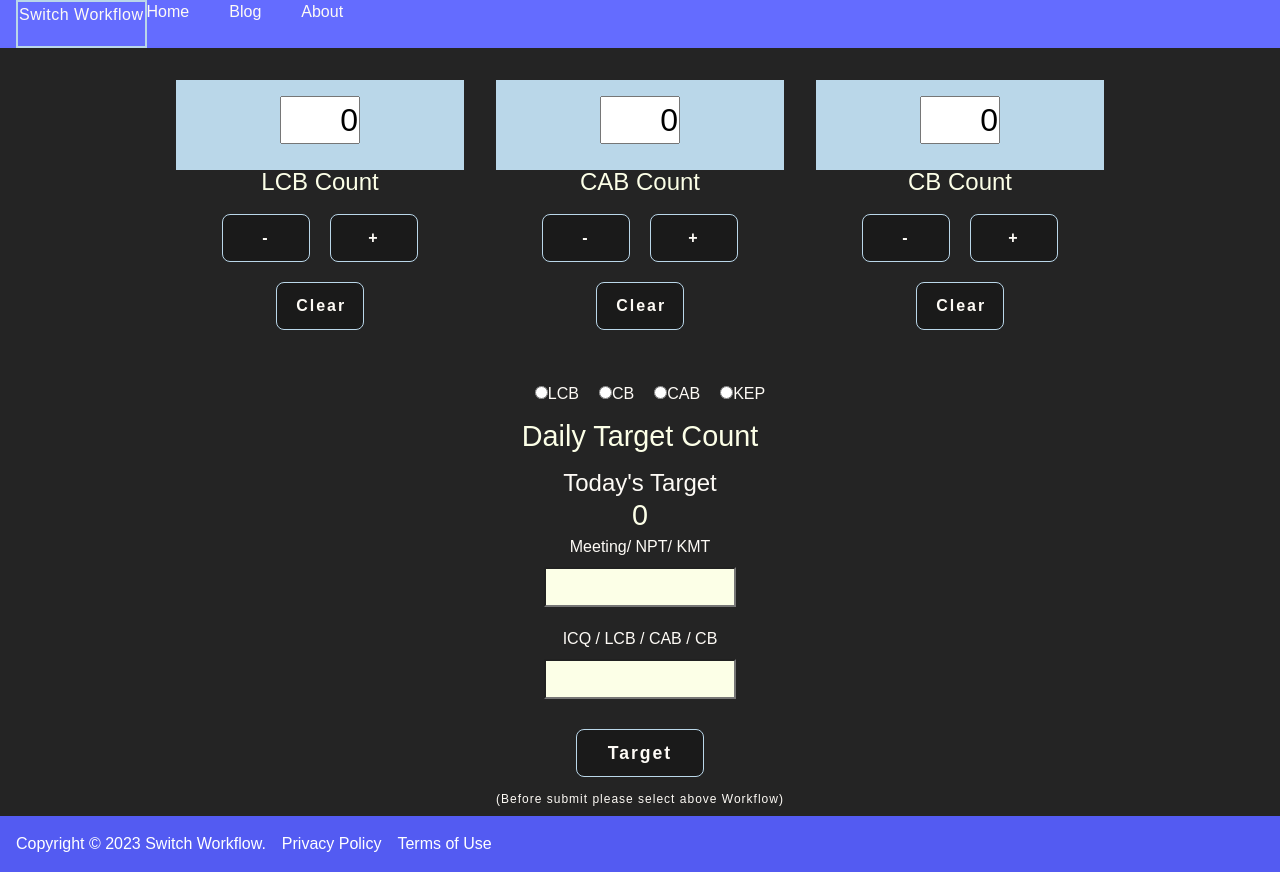
Repository: suraj-yadav7/SwitchWorkflow-Count-reactjs
Page: /
The author's editor kept a copy of each file at every save. The page is drawn from the files as they stood at one save, then again after the next save.
The browser window is 1280 px wide. The pictures show the whole page.
Some web fonts or font styles are not loaded; a fallback is used. The project was rebuilt for these pictures with package versions that can differ from the ones it lists, and the page was loaded fresh each time.

Above is the page before, as saved 2023-04-20 12:43:43.

After the next save:
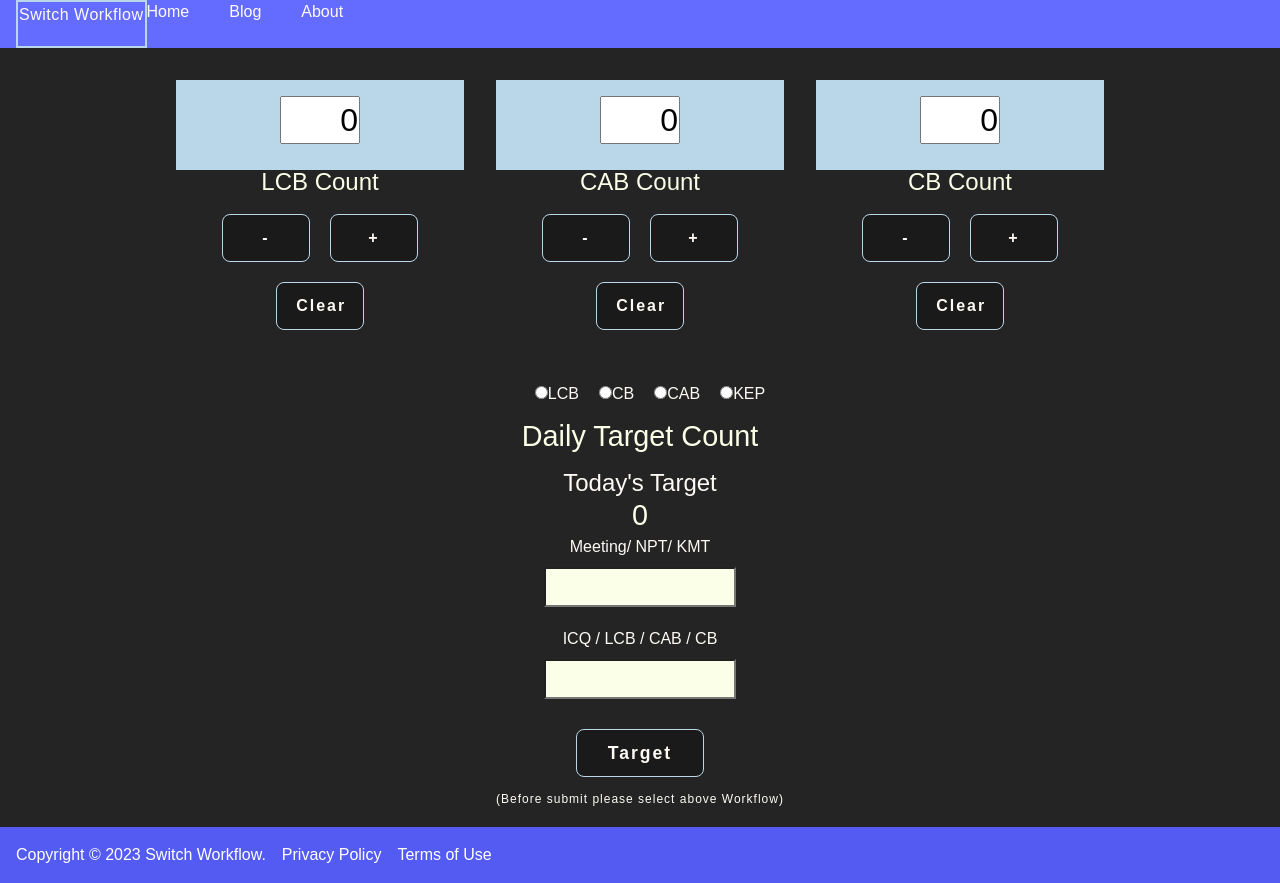
Saved 8 s later.
--- a/src/App.css
+++ b/src/App.css
@@ -122,7 +122,7 @@ li,a{
   justify-content: center;
   background-color: #242424;
   color: #FEFBF6 !important;
-  padding-bottom:5px ;
+  padding-bottom:1rem ;
 }
 
 .textType{
